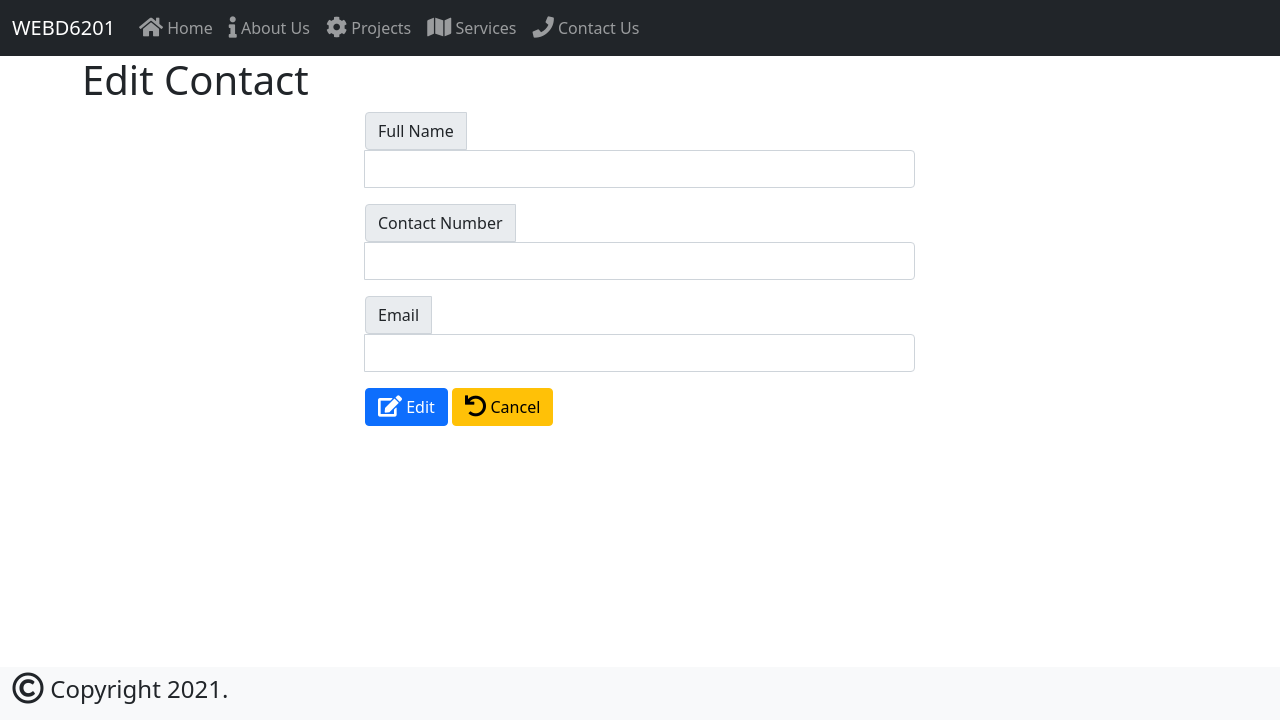
Repository: CKM206/WebD6201-W2021-ICE5
Page: edit.html
The author's editor kept a copy of each file at every save. The page is drawn from the files as they stood at one save, then again after the next save.
The browser window is 1280 px wide. The pictures show the whole page.

Above is the page before, as saved 2021-03-06 13:17:05.
Console error: SyntaxError: Invalid left-hand side in assignment

After the next save:
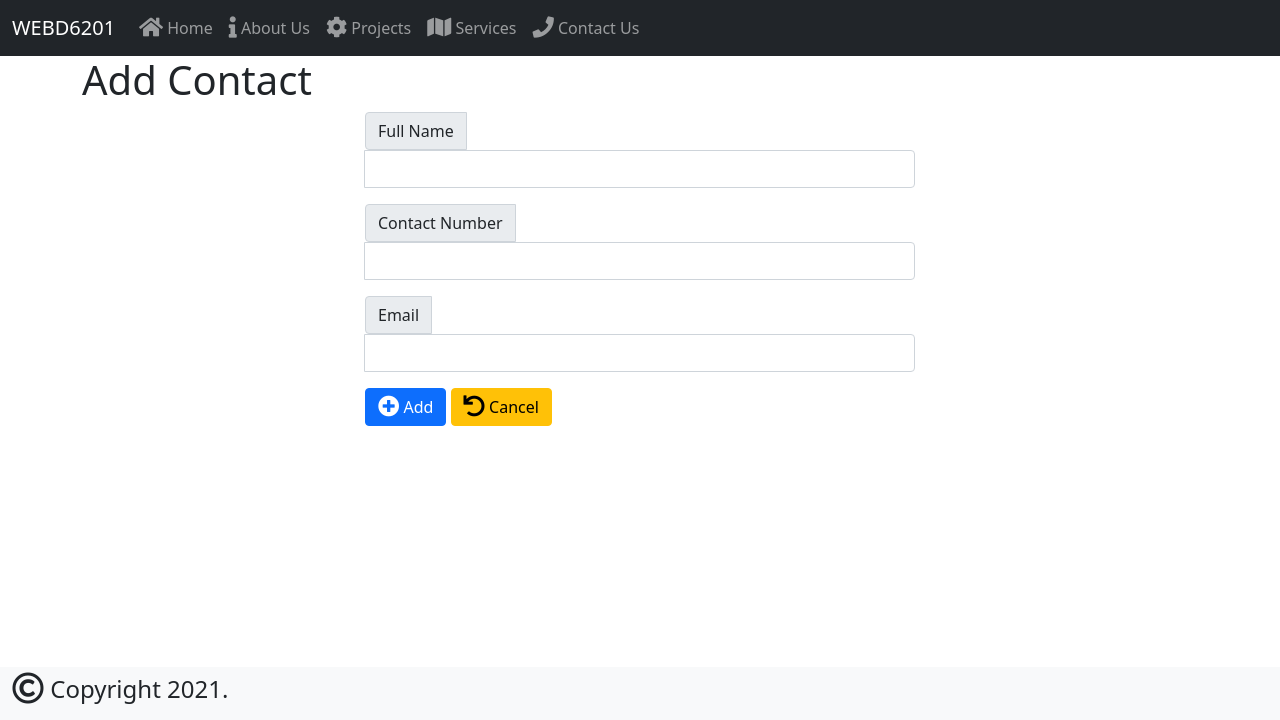
The error is gone.
Saved 75 s later.
--- a/Scripts/contact.js
+++ b/Scripts/contact.js
@@ -80,9 +80,9 @@
      */
     fromJSON(data)
     {
-      "fullName" = data.FullName,
-      "contactNumber" = data.ContactNumber,
-      "emailAddress" = data.EmailAddress;
+      this.fullName = data.FullName,
+      this.contactNumber = data.ContactNumber,
+      this.emailAddress = data.EmailAddress;
     }
 
     /**
